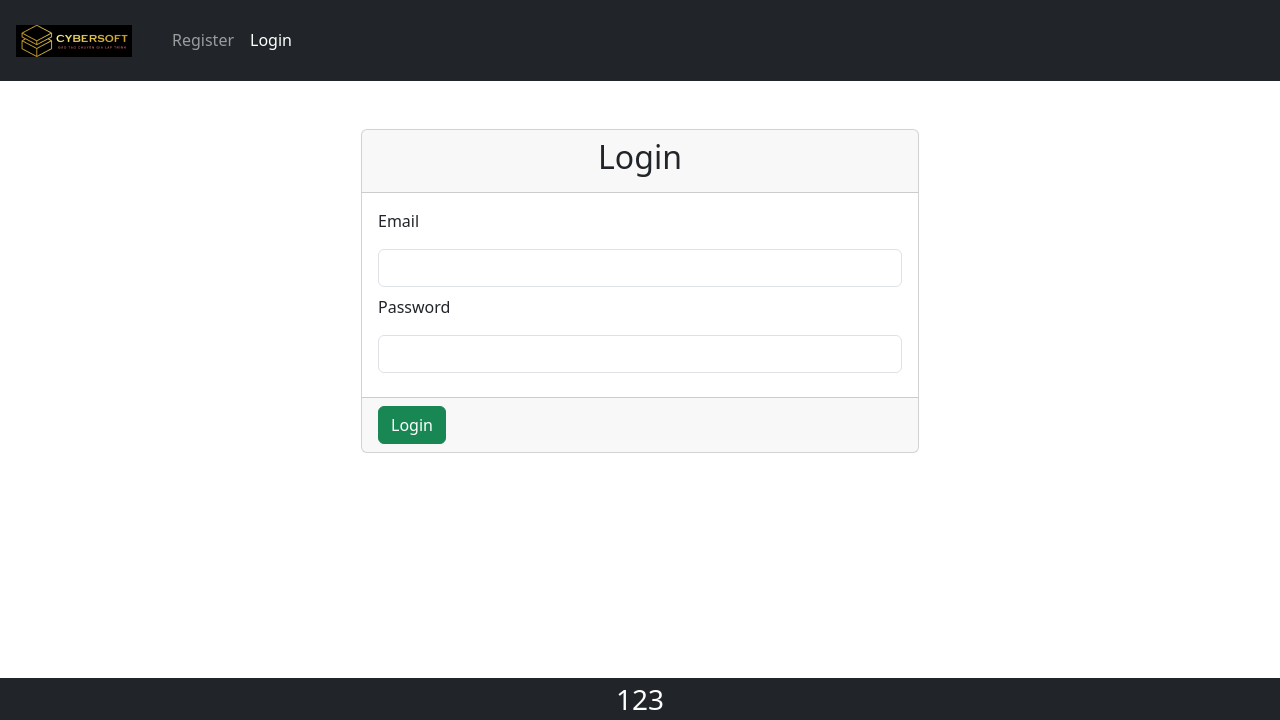
Repository: KhoiNguyen77/react-capstone
Page: /login
An editor plug-in stored every save of this project. The page is shown before and after the next save, followed by the edit.
The browser window is 1280 px wide. The pictures show the whole page.
The project was rebuilt for these pictures with package versions that can differ from the ones it lists, and the page was loaded fresh each time. Also part of the build but not shown: src/util/config.jsx, src/Redux/Reducer/userReducer.jsx, src/pages/Register.jsx.

Above is the page before, as saved 2023-06-15 16:01:18.

### public/index.html
<!DOCTYPE html>
<html lang="en">

<head>
  <meta charset="utf-8" />
  <link rel="icon" href="%PUBLIC_URL%/favicon.ico" />
  <meta name="viewport" content="width=device-width, initial-scale=1" />
  <meta name="theme-color" content="#000000" />
  <meta name="description" content="Web site created using create-react-app" />
  <link rel="apple-touch-icon" href="%PUBLIC_URL%/logo192.png" />
  <!--
      manifest.json provides metadata used when your web app is installed on a
      user's mobile device or desktop. See https://developers.google.com/web/fundamentals/web-app-manifest/
    -->
  <link rel="manifest" href="%PUBLIC_URL%/manifest.json" />
  <!--
      Notice the use of %PUBLIC_URL% in the tags above.
      It will be replaced with the URL of the `public` folder during the build.
      Only files inside the `public` folder can be referenced from the HTML.

      Unlike "/favicon.ico" or "favicon.ico", "%PUBLIC_URL%/favicon.ico" will
      work correctly both with client-side routing and a non-root public URL.
      Learn how to configure a non-root public URL by running `npm run build`.
    -->
  <link href="https://cdn.jsdelivr.net/npm/bootstrap@5.3.0/dist/css/bootstrap.min.css" rel="stylesheet"
    integrity="sha384-9ndCyUaIbzAi2FUVXJi0CjmCapSmO7SnpJef0486qhLnuZ2cdeRhO02iuK6FUUVM" crossorigin="anonymous">
  <title>Capstone React</title>
</head>

<body>
  <noscript>You need to enable JavaScript to run this app.</noscript>
  <div id="root"></div>
  <!--
      This HTML file is a template.
      If you open it directly in the browser, you will see an empty page.

      You can add webfonts, meta tags, or analytics to this file.
      The build step will place the bundled scripts into the <body> tag.

      To begin the development, run `npm start` or `yarn start`.
      To create a production bundle, use `npm run build` or `yarn build`.
    -->
</body>
<script src="https://cdn.jsdelivr.net/npm/bootstrap@5.3.0/dist/js/bootstrap.bundle.min.js"
  integrity="sha384-geWF76RCwLtnZ8qwWowPQNguL3RmwHVBC9FhGdlKrxdiJJigb/j/68SIy3Te4Bkz" crossorigin="anonymous"></script>

</html>

### src/index.js
import React from 'react';
import ReactDOM from 'react-dom/client';
import { store } from './Redux/configStore';
import { unstable_HistoryRouter as HistoryRouter, Route, Routes } from 'react-router-dom';
import { Provider } from 'react-redux';
import HomeTemplate from './Template/HomeTemplate';
import { createBrowserHistory } from 'history'
import Register from './pages/Register';
import Login from './pages/Login';
export const customNavigate = createBrowserHistory();
const root = ReactDOM.createRoot(document.getElementById('root'));
root.render(
  <Provider store={store}>
    <HistoryRouter history={customNavigate}>
      <Routes>
        <Route path='/' element={<HomeTemplate></HomeTemplate>}>
          <Route path='/register' element={<Register></Register>}></Route>
          <Route path='/login' element={<Login></Login>}></Route>
        </Route>
      </Routes>
    </HistoryRouter>
  </Provider>
);

// If you want to start measuring performance in your app, pass a function
// to log results (for example: reportWebVitals(console.log))
// or send to an analytics endpoint. Learn more: https://bit.ly/CRA-vitals

### src/Redux/configStore.jsx
import {configureStore} from '@reduxjs/toolkit';


export const store = configureStore({
    reducer: {

    }
})

### src/Template/HomeTemplate.jsx
import React from 'react'



import { createBrowserHistory } from 'history'
import { NavLink, Outlet } from 'react-router-dom'
import Header from '../Component/Header'



const HomeTemplate = () => {
    return <div>
        <div className='header' style={{minHeight: '10vh'}}>
            <Header></Header>
        </div>
        <div className="content" style={{minHeight: '66vh'}}>
            <Outlet></Outlet>
        </div>
        <footer className='fs-3 text-center text-white bg-dark fixed-bottom'>
            123
        </footer>
    </div>
}

export default HomeTemplate

### src/pages/Login.jsx
import React from 'react'

const Login = () => {
    return (
        <div className='container mt-5'>
            <form className='card form-group w-50 mx-auto'>
                <div className="card-header">
                    <h2 className='text-center'>Login</h2>
                </div>
                <div className="card-body">
                    <div className="row">
                        <div className=" col-12">
                            <p className='d-inline-block me-2'>Email</p>
                            <input type="email" className='form-control mb-2' id='email' name='email' />
                        </div>
                        <div className=" col-12">
                            <p className='d-inline-block me-2'>Password</p>
                            <input type="text" className='form-control mb-2' id='name' name='name' />
                        </div>
                    </div>
                </div>
                <div className="card-footer">
                    <button type='submit' className='btn btn-success'>Login</button>
                </div>
            </form>
        </div>
    )
}

export default Login

### src/Component/Header.jsx
import React from 'react'
import { NavLink } from 'react-router-dom'

const Header = () => {
    return (
        <nav className="navbar navbar-expand-sm navbar-dark bg-dark">
            <NavLink className="navbar-brand p-3" to="/">
                <img src='./images/image 3.png' alt='logo'></img>
            </NavLink>
            <button className="navbar-toggler d-lg-none" type="button" data-bs-toggle="collapse" data-bs-target="#collapsibleNavId" aria-controls="collapsibleNavId" aria-expanded="false" aria-label="Toggle navigation" />
            <div className="collapse navbar-collapse" id="collapsibleNavId">
                <ul className="navbar-nav me-auto mt-2 mt-lg-0">
                    <li className="nav-item">
                        <NavLink className="nav-link" to="/register">Register</NavLink>
                    </li>
                    <li className="nav-item">
                    <NavLink className="nav-link" to="/login">Login</NavLink>
                    </li>
                </ul>
            </div>
        </nav>)
}

export default Header

After the next save:
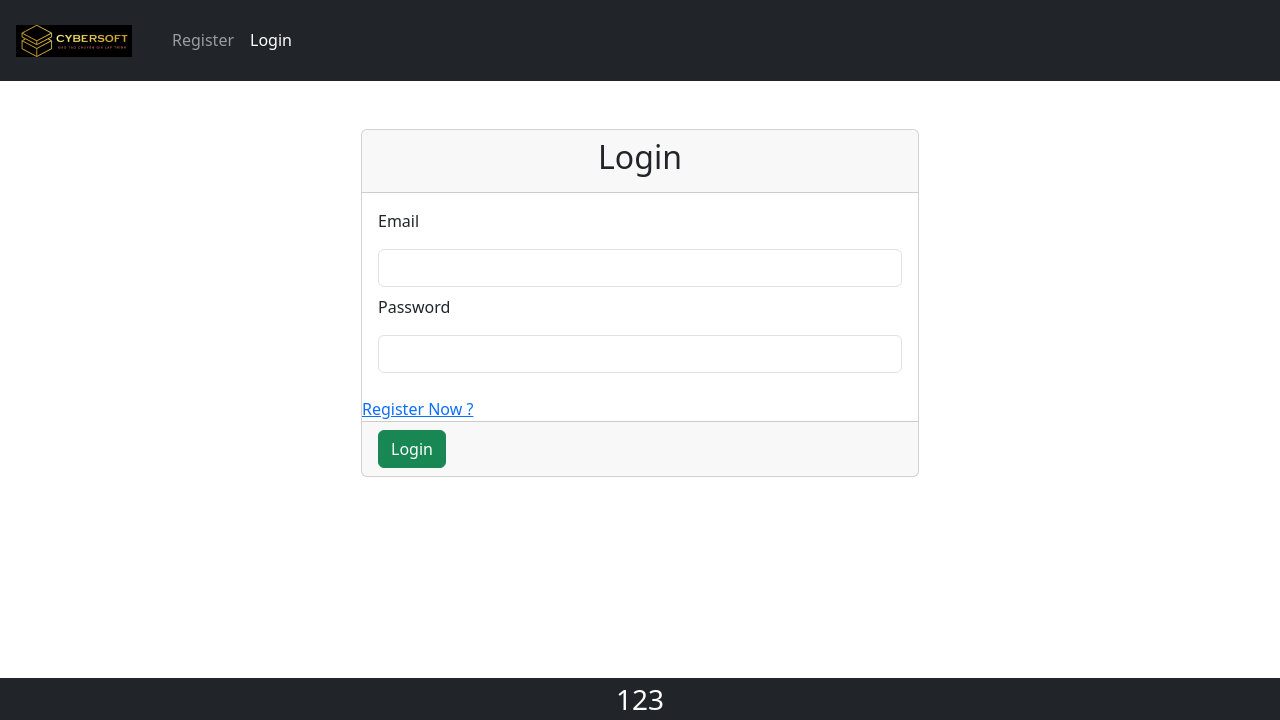
Saved 30 s later.
--- a/src/pages/Login.jsx
+++ b/src/pages/Login.jsx
@@ -1,4 +1,5 @@
 import React from 'react'
+import { NavLink } from 'react-router-dom'
 
 const Login = () => {
     return (
@@ -19,6 +20,7 @@
                         </div>
                     </div>
                 </div>
+                <NavLink to={"/register"}>Register Now ?</NavLink>
                 <div className="card-footer">
                     <button type='submit' className='btn btn-success'>Login</button>
                 </div>
